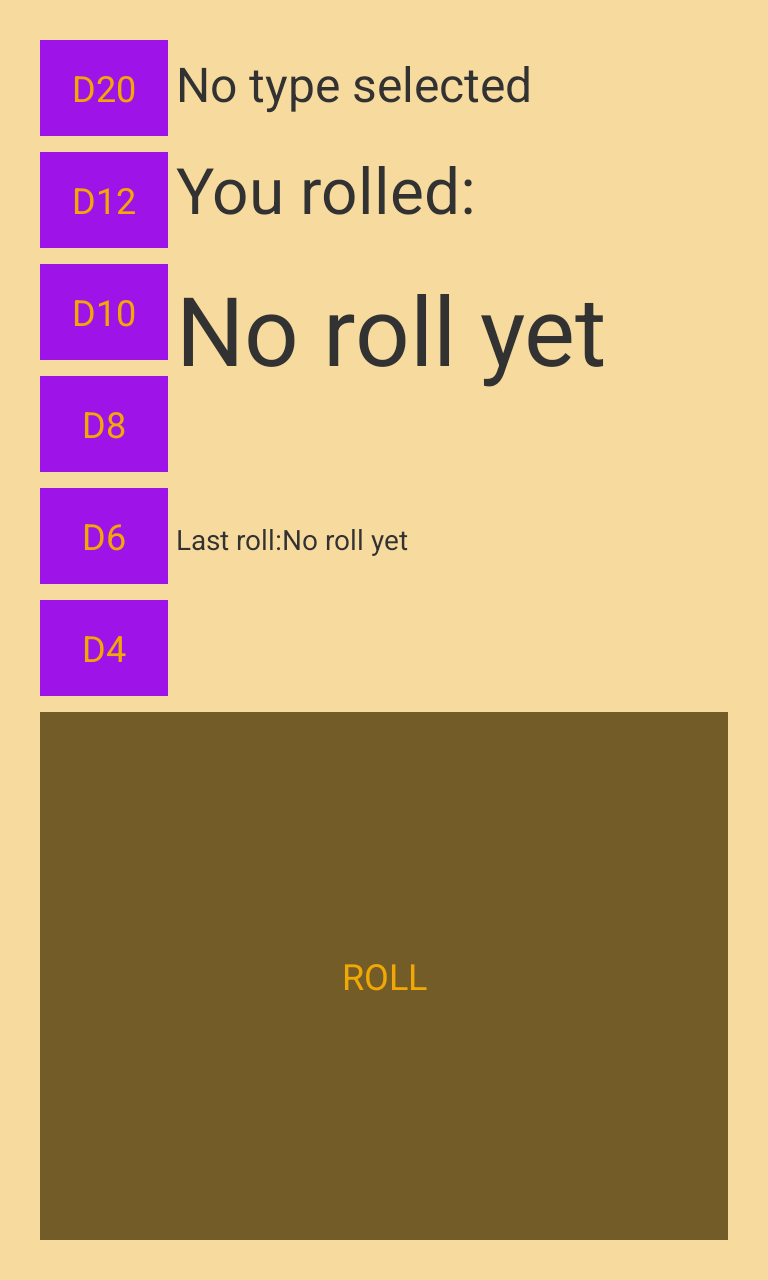
Repository: Bjodol/Roller
Layout: Roller3/res/layout/activity_main.xml
These files come from the project's save history. The layout is drawn as it stood at one moment and after the next save; the edit follows.
It is drawn on a 768 x 1280 px phone screen (xhdpi) without system bars, with theme AppTheme; the app's code is not run. The app's manifest (not shown) leaves right-to-left support off. So textAlignment, textDirection and layoutDirection are ignored, and left and right values win over start and end ones.

Above is the layout before, as saved 2013-08-31 08:48:12.

### Roller3/res/layout/activity_main.xml
<RelativeLayout xmlns:android="http://schemas.android.com/apk/res/android"
    xmlns:tools="http://schemas.android.com/tools"
    android:layout_width="fill_parent"
    android:layout_height="fill_parent"
    android:background="@color/Beige"
    android:gravity="top"
    android:paddingBottom="@dimen/activity_vertical_margin"
    android:paddingLeft="@dimen/activity_horizontal_margin"
    android:paddingRight="@dimen/activity_horizontal_margin"
    android:paddingTop="@dimen/activity_vertical_margin"
    tools:context=".MainActivity" >

    <Button
        android:id="@+id/d12"
        android:layout_margin="4dp"
        android:background="@color/Purple"
        android:textColor="@color/Bronze"
        android:layout_width="wrap_content"
        android:layout_height="wrap_content"
        android:layout_below="@+id/d20"
        android:onClick="d12"
        android:text="@string/d12" />

    <TextView
        android:id="@+id/dice_type"
        android:layout_width="wrap_content"
        android:layout_height="wrap_content"
        android:layout_alignBaseline="@id/d20"
        android:layout_toRightOf="@id/d20"
        android:text="@string/noDiceType"
        android:textAlignment="center"
        android:textSize="24sp" />

    <TextView
        android:id="@+id/current_roll_text"
        android:layout_width="wrap_content"
        android:layout_height="wrap_content"
        android:layout_alignBaseline="@id/d12"
        android:layout_below="@id/dice_type"
        android:layout_toRightOf="@id/d12"
        android:text="@string/youRolled"
        android:textAlignment="center"
        android:textSize="32sp" />

    <TextView
        android:id="@+id/dice_throw"
        android:layout_width="wrap_content"
        android:layout_height="wrap_content"
        android:layout_alignBottom="@+id/d8"
        android:layout_alignTop="@+id/d10"
        android:layout_toRightOf="@id/d20"
        android:text="@string/noRolls"
        android:textAlignment="center"
        android:textSize="48sp" />

    <TextView
        android:id="@+id/last_roll_text"
        android:layout_width="wrap_content"
        android:layout_height="wrap_content"
        android:layout_alignBaseline="@+id/d6"
        android:layout_alignBottom="@+id/d6"
        android:layout_alignLeft="@+id/dice_throw"
        android:text="@string/lastRoll"
        android:textAlignment="center"
        android:textSize="14sp" />

    <TextView
        android:id="@+id/last_roll_value"
        android:layout_width="wrap_content"
        android:layout_height="wrap_content"
        android:layout_alignBaseline="@id/last_roll_text"
        android:layout_toRightOf="@id/last_roll_text"
        android:text="@string/noRolls"
        android:textAlignment="center"
        android:textSize="14sp" />

    <Button
        android:id="@+id/roll_button"
        android:background="@color/Brown"
        android:layout_margin="4dp"
        android:layout_width="fill_parent"
        android:layout_height="wrap_content"
        android:layout_below="@+id/d4"
        android:layout_alignParentBottom="true"
        android:onClick="roll"
        android:text="@string/roll"
        android:textColor="@color/Bronze" />

    <Button
        android:id="@+id/d10"
        android:layout_margin="4dp"
        android:background="@color/Purple"
        android:textColor="@color/Bronze"
        android:layout_width="wrap_content"
        android:layout_height="wrap_content"
        android:layout_below="@+id/d12"
        android:layout_toLeftOf="@+id/current_roll_text"
        android:onClick="d10"
        android:text="@string/d10" />

    <Button
        android:id="@+id/d8"
        android:layout_margin="4dp"
        android:background="@color/Purple"
        android:textColor="@color/Bronze"
        android:layout_width="wrap_content"
        android:layout_height="wrap_content"
        android:layout_below="@+id/d10"
        android:layout_toLeftOf="@+id/current_roll_text"
        android:onClick="d8"
        android:text="@string/d8" />

    <Button
        android:id="@+id/d6"
        android:layout_margin="4dp"
        android:background="@color/Purple"
        android:textColor="@color/Bronze"
        android:layout_width="wrap_content"
        android:layout_height="wrap_content"
        android:layout_below="@+id/d8"
        android:layout_toLeftOf="@+id/current_roll_text"
        android:onClick="d6"
        android:text="@string/d6" />

    <Button
        android:id="@+id/d4"
        android:layout_margin="4dp"
        android:background="@color/Purple"
        android:textColor="@color/Bronze"
        android:layout_width="wrap_content"
        android:layout_height="wrap_content"
        android:layout_below="@+id/d6"
        android:layout_toLeftOf="@+id/current_roll_text"
        android:onClick="d4"
        android:text="@string/d4" />

    <Button
        android:id="@+id/d20"
        android:layout_width="wrap_content"
        android:layout_height="wrap_content"
        android:layout_alignParentLeft="true"
        android:layout_alignParentTop="true"
        android:layout_margin="4dp"
        android:background="@color/Purple"
        android:onClick="d20"
        android:text="@string/d20"
        android:textColor="@color/Bronze" />

</RelativeLayout>

### Roller3/res/values/strings.xml
<?xml version="1.0" encoding="utf-8"?>
<resources>

    <string name="app_name">Roller</string>
    <string name="action_settings">Settings</string>
    <string name="d20">D20</string>
    <string name="d12">D12</string>
    <string name="d10">D10</string>
    <string name="d8">D8</string>
    <string name="d6">D6</string>
    <string name="d4">D4</string>
    <string name="roll">ROLL</string>
    <string name="youRolled">You rolled:</string>
    <string name="noRolls">No roll yet</string>
    <string name="lastRoll">Last roll:</string>
    <string name="noDiceType">No type selected</string>
    <color name="Purple">#9e14e8</color>
    <color name="Beige">#f7db9e</color>
    <color name="Bronze">#F0A804</color>
    <color name="Brown">#745c29</color>

</resources>

Loaded but not shown: Roller3/res/values/styles.xml (common file); Roller3/res/values-v11/styles.xml (common file); Roller3/res/values-v14/styles.xml (common file); Roller3/res/values/dimens.xml (common file)

After the next save:
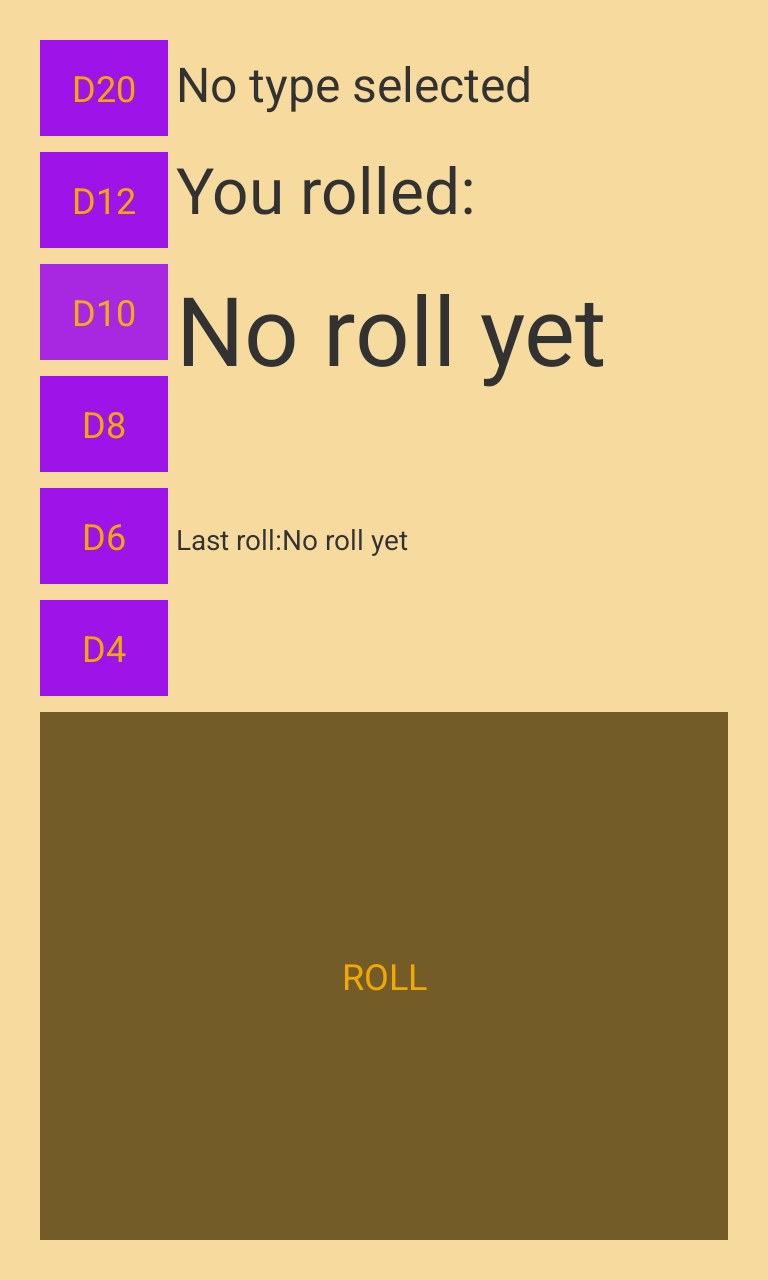
Saved 38 s later.
--- a/Roller3/res/layout/activity_main.xml
+++ b/Roller3/res/layout/activity_main.xml
@@ -89,6 +89,7 @@
     <Button
         android:id="@+id/d10"
         android:layout_margin="4dp"
+        android:alpha="0.9"
         android:background="@color/Purple"
         android:textColor="@color/Bronze"
         android:layout_width="wrap_content"
